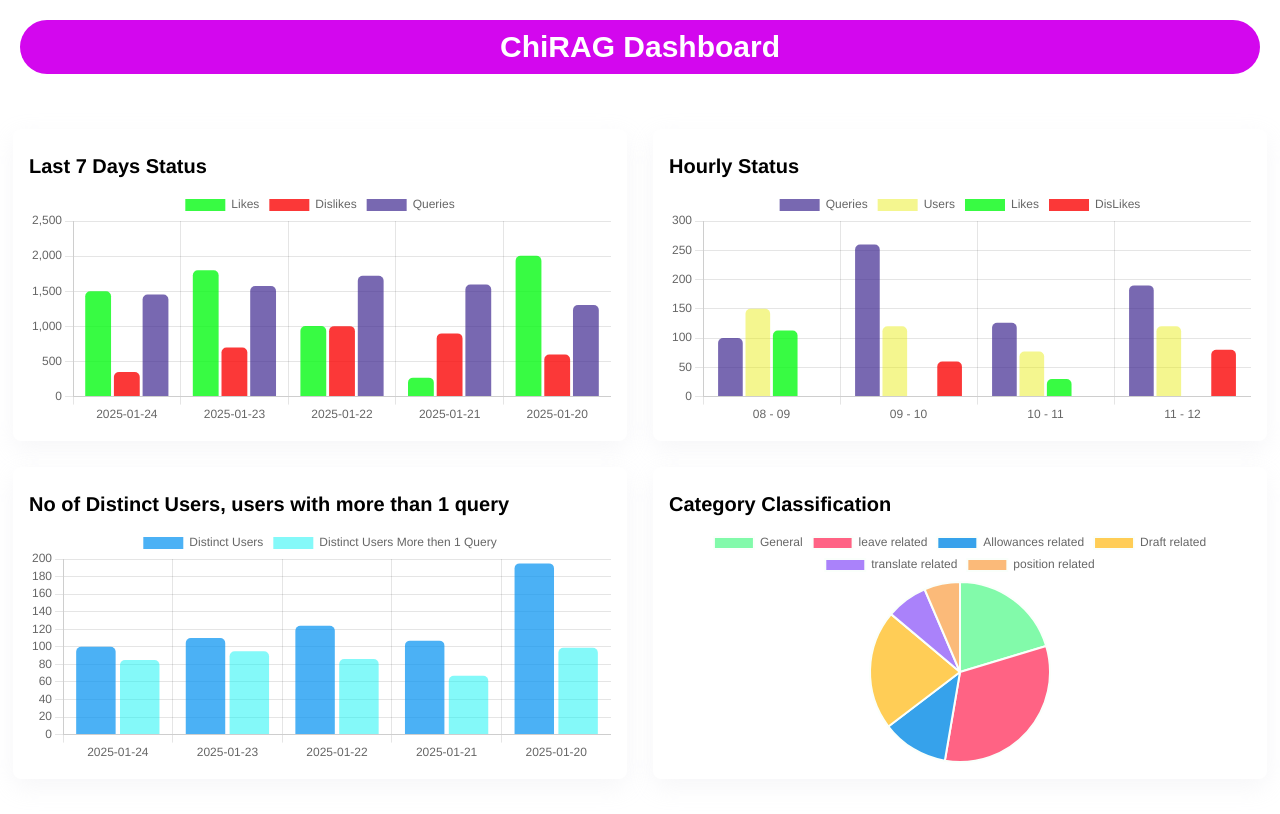
Repository: NAGARAJ-DEVELOPER/Dashboard
Page: /
An editor plug-in stored every save of this project. The page is shown before and after the next save, followed by the edit.
The browser window is 1280 px wide. The pictures show the whole page.
The project was rebuilt for these pictures with package versions that can differ from the ones it lists, and the page was loaded fresh each time. Also part of the build but not shown: vite.config.js.

Above is the page before, as saved 2025-02-16 16:29:31.

### src/App.jsx
import React from "react";
import { Chart as ChartJS, defaults } from "chart.js/auto";
import { Bar, Doughnut, Line, Pie } from "react-chartjs-2";
import { useState,useEffect } from "react";

import "./App.css";




defaults.maintainAspectRatio = false;
defaults.responsive = true;

defaults.plugins.title.display = true;
defaults.plugins.title.align = "start";
defaults.plugins.title.font.size = 20;
defaults.plugins.title.color = "black";

export const App = () => {

  const [Week, setWeekData] = useState([]);
  const [toady, setTodayData] = useState([]);
  const [user, setUserData] = useState([]);
  const [category, setCategoryData] = useState([]);

  useEffect(() => {
      fetch("./config.json") // Load config file
          .then((response) => response.json())
          .then((config) => {
              // Fetch JSON files dynamically
              console.log("Success");
              loadJSON(config.week, setWeekData);
              loadJSON(config.today, setTodayData);
              loadJSON(config.user, setUserData);
              loadJSON(config.category, setCategoryData);
          })
          .catch((error) => console.error("Error loading config.json:", error));
  }, []);

  const loadJSON = (path, setter) => {
      fetch(path)
          .then((response) => response.json())
          .then((data) => setter(data))
          .catch((error) => console.error(`Error loading ${path}:`, error));
  };

  return (
   <>
   <div className="HeaderStyle">
   <h1 >ChiRAG Dashboard</h1>
   </div>
    <div className="App">

        <div className="dataCard categoryCard">
        <Bar
          data={{
            labels: Week.map((data) => data.DATE1),
            datasets: [
              {
                label: "Likes",
                data: Week.map((data) => data.number_of_likes),
                backgroundColor: [
             "rgba(7, 250, 20, 0.8)",
                ],
                borderRadius: 5,
              },
              {
                label: "Dislikes",
                data: Week.map((data) => data.number_of_dislikes),
                backgroundColor: [

                  "rgba(250, 7, 7, 0.8)",

                ],
                borderRadius: 5,
              },
              {
                label: "Queries",
                data: Week.map((data) => data.number_of_ques),
                backgroundColor: [
                  "rgba(63, 40, 145, 0.7)",
                ],
                borderRadius: 5,
              },
            ],
          }}
          options={{
            plugins: {
              title: {
                text: "Last 7 Days Status",
              },
            },
          }}
        />
      </div>


      <div className="dataCard categoryCard">
        <Bar
          data={{
            labels: toady.map((data) => data.B_TIME),
            datasets: [
              {
                label: "Queries",
                data: toady.map((data) => data.C_Questions),
                backgroundColor: [
                  "rgba(63, 40, 145, 0.7)",
                ],
                borderRadius: 5,
              },
              {
                label: "Users",
                data: toady.map((data) => data.D_Users),
                backgroundColor: [

                  "rgba(231, 235, 8, 0.45)",

                ],
                borderRadius: 5,
              },
              {
                label: "Likes",
                data: toady.map((data) => data.F_Likes),
                backgroundColor: [
                  "rgba(7, 250, 20, 0.8)",
                ],
                borderRadius: 5,
              },
              {
                label: "DisLikes",
                data: toady.map((data) => data.Dis_Likes),
                backgroundColor: [
                  "rgba(250, 7, 7, 0.8)",
                ],
                borderRadius: 5,
              },
            ],
          }}
          options={{
            plugins: {
              title: {
                text: "Hourly Status",
              },
            },
          }}
        />
      </div>


      <div className="dataCard categoryCard">
        <Bar
          data={{
            labels: user.map((data) => data.DATE1),
            datasets: [
              {
                label: "Distinct Users",
                data: user.map((data) => data.number_of_distinct_users),
                backgroundColor: 'rgba(9, 149, 241, 0.73)',
                borderRadius: 5,
              },
              {
                label: "Distinct Users More then 1 Query",
                data: user.map((data) => data.Distinct_Users_more_1query),
                backgroundColor:'rgba(10, 243, 243, 0.5)',
                borderRadius: 5,
              },
            ],
          }}
          options={{
            plugins: {
              title: {
                text: "No of Distinct Users, users with more than 1 query",
              },
            },
          }}
        />
      </div>


      <div className="dataCard categoryCard">
        <Pie
          data={{
            labels: category.map((data) => data.category),
            datasets: [
              {
                label: "Count",
                data: category.map((data) => data.COUNT_CAT),
                backgroundColor: [
                  'rgba(7, 245, 86, 0.5)',
         'rgb(255, 99, 132)',
      'rgb(54, 162, 235)',
      'rgb(255, 205, 86)',
        'rgba(86, 6, 245, 0.5)',
        'rgba(247, 129, 11, 0.55)',
                ],
                borderColor: [
                  'rgb(250, 255, 251)',
                  'rgb(250, 255, 251)',
                  'rgb(250, 255, 251)',
                  'rgb(250, 255, 251)',
                  'rgb(250, 255, 251)',
                  'rgb(250, 255, 251)',
                ],animation :Pie,
              },
            ],
          }}
          options={{
            plugins: {
              title: {
                text: "Category Classification",
              },
            },
          }}
        />
      </div>
    </div>
    </>
  );
};

### src/App.css
.App {
  height: 100vh;
  width: 100%;
  display: flex;
  flex-direction: row;
  align-items: center;
  justify-content: center;
  align-content: center;
  gap: 2vw;
  flex-wrap: wrap;
  background-color: #ffffff;
  overflow: auto;
}
.HeaderStyle{
  font-size: 15px;
  display: flex;
  justify-content: center; /* Horizontal alignment */
  align-items: center; /* Vertical alignment */
  background-color:  #d307ee;
  color: #ffffff;
  border-radius: 30px;
  margin: 20px;
  font-weight: bold;
  padding: 10px;
}
.dotted {
  border-top: 20px dotted #0a0a0a;
}
.vl {
  border-left: 2px dashed rgb(8, 8, 8);
  height: 98%;
  position: absolute;
  left: 49%;
  margin-left: -3px;
  top: 0;
}
.dataCard {
  background-color: #ffffff;
  border-radius: 0.5em;
  box-shadow: rgba(208, 210, 218, 0.2) 0px 8px 24px;
  padding: 1em;
}

.revenueCard {
  width: 92%;
  height: 20rem;
}

.customerCard {
  width: 50%;
  height: 19.5rem;
}

.categoryCard {
  width: 48%;
  height: 19.5rem;
}

### public/config.json
{
    "week": "data/7days.json",
    "today": "data/Today.json",
    "user": "data/Users.json",
    "category": "data/Category.json"
  }

### public/data/7days.json
[
    {  "DATE1": "2025-01-24", "number_of_dislikes": 350, "number_of_likes": 1500,  "number_of_ques": 1452 },
    {  "DATE1": "2025-01-23", "number_of_dislikes": 700, "number_of_likes": 1800,  "number_of_ques": 1574 },
    {  "DATE1": "2025-01-22", "number_of_dislikes": 1003, "number_of_likes": 1005,  "number_of_ques": 1720 },
    {  "DATE1": "2025-01-21", "number_of_dislikes": 900, "number_of_likes": 270,  "number_of_ques": 1596 },
    {  "DATE1": "2025-01-20", "number_of_dislikes": 600, "number_of_likes": 2005,  "number_of_ques": 1304 }
  ]

### public/data/Today.json
[
  { "A_DATE": "2025-01-27", "B_TIME": "08 - 09", "C_Questions": 100, "D_Users": 150 ,"F_Likes": 113},
  { "A_DATE": "2025-01-27",  "B_TIME": "09 - 10", "C_Questions": 260, "D_Users": 120,"Dis_Likes":60},
  { "A_DATE": "2025-01-27", "B_TIME": "10 - 11", "C_Questions": 126, "D_Users": 77, "F_Likes": 30 },
  { "A_DATE": "2025-01-27", "B_TIME": "11 - 12", "C_Questions": 190, "D_Users": 120,"Dis_Likes":80 }
]

### public/data/Users.json
[
  {  "DATE1": "2025-01-24", "number_of_distinct_users": 100, "Distinct_Users_more_1query": 85 },
  {  "DATE1": "2025-01-23", "number_of_distinct_users": 110, "Distinct_Users_more_1query": 95 },
  {  "DATE1": "2025-01-22", "number_of_distinct_users": 124, "Distinct_Users_more_1query": 86  },
  {  "DATE1": "2025-01-21", "number_of_distinct_users": 107, "Distinct_Users_more_1query": 67  },
  {  "DATE1": "2025-01-20", "number_of_distinct_users": 195, "Distinct_Users_more_1query": 99  }
]

### public/data/Category.json
[
  { "category": "General", "COUNT_CAT": 2434 },
  { "category": "leave related", "COUNT_CAT": 3870 },
  { "category": "Allowances related", "COUNT_CAT": 1430 },
  { "category": "Draft related", "COUNT_CAT": 2569 },
  { "category": "translate related", "COUNT_CAT": 891 },
  { "category": "position related", "COUNT_CAT": 770 }
]

Loaded but not shown: index.html (common file); src/main.jsx (common file); src/index.css (common file)

After the next save:
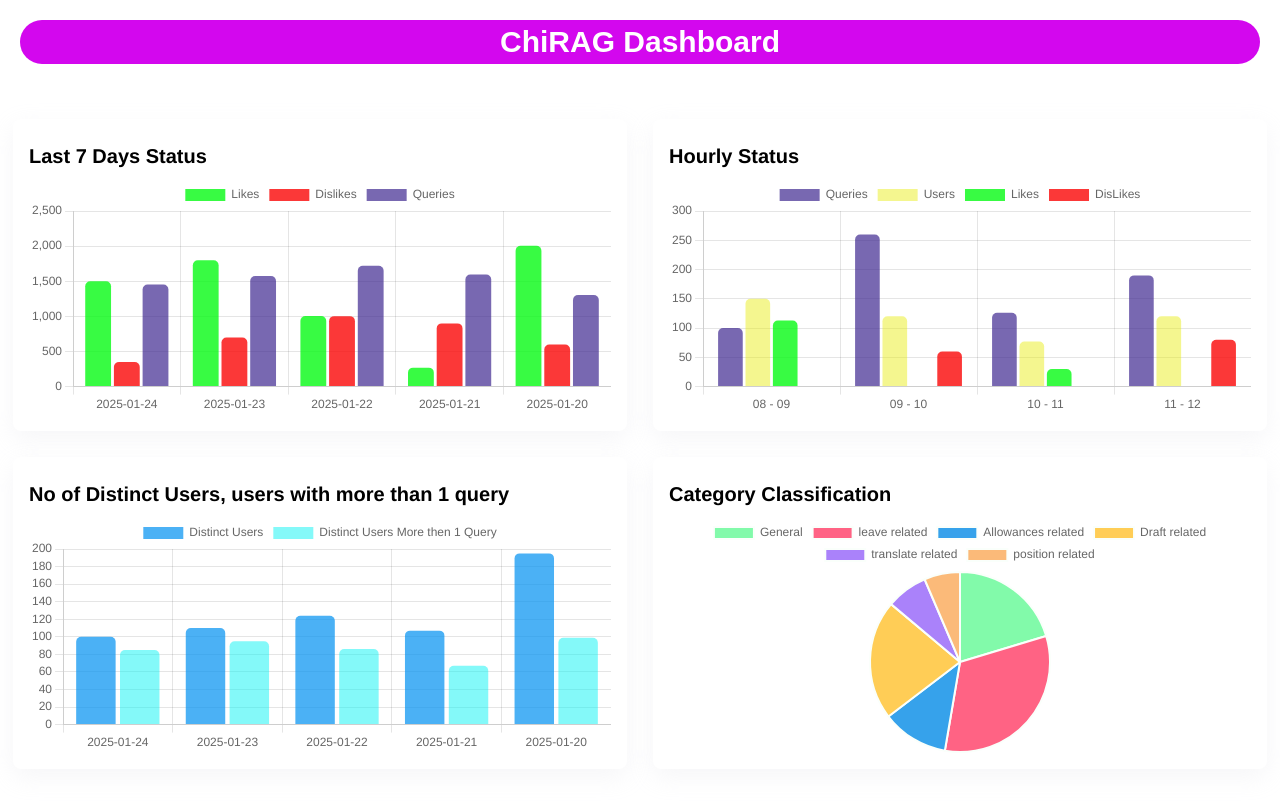
Saved 15 s later.
--- a/src/App.css
+++ b/src/App.css
@@ -21,7 +21,7 @@
   border-radius: 30px;
   margin: 20px;
   font-weight: bold;
-  padding: 10px;
+  padding: 5px;
 }
 .dotted {
   border-top: 20px dotted #0a0a0a;
